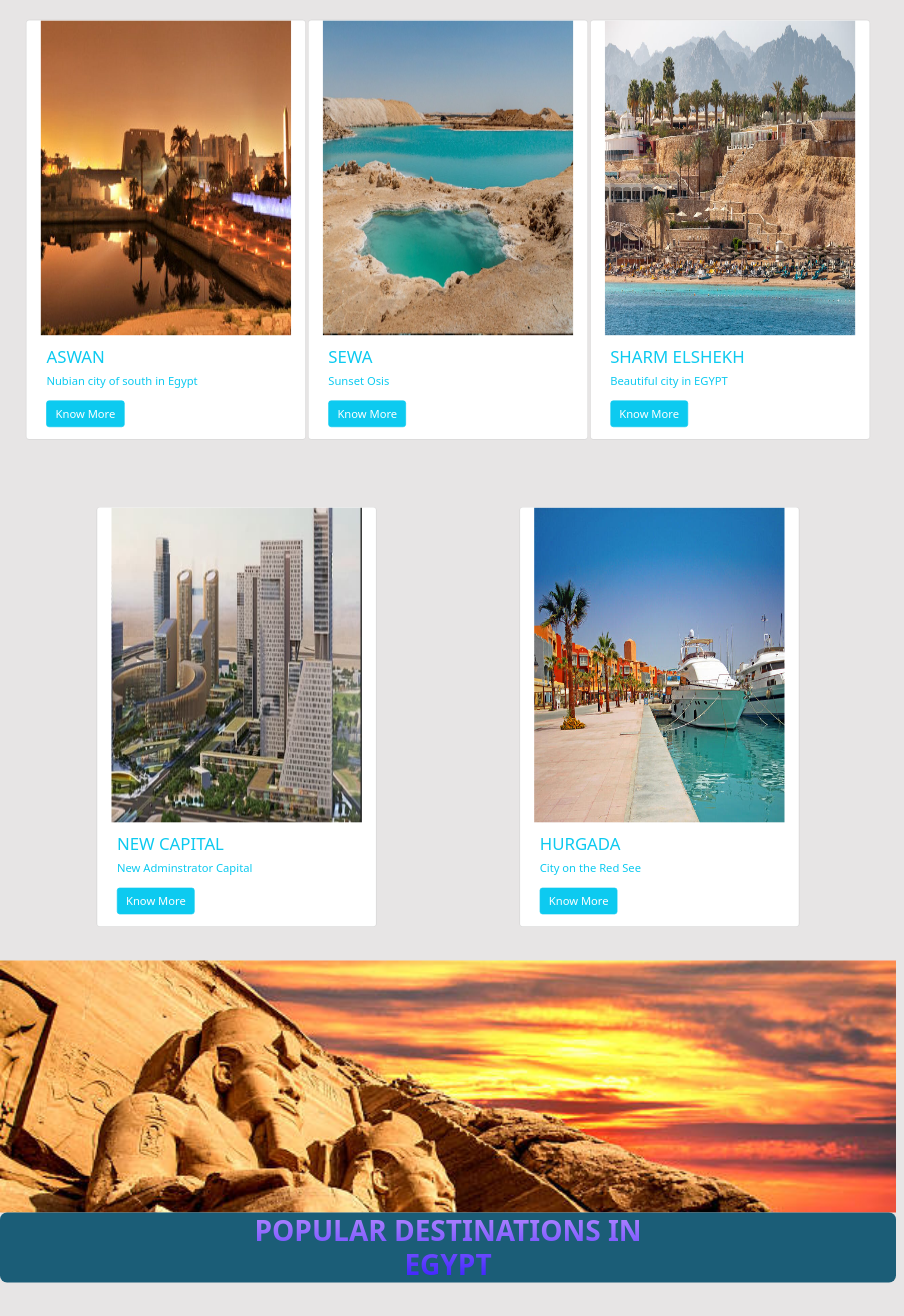
Repository: Ahmed123rezk123/P-temp
Page: index.html
These files come from the project's save history. The page is drawn as it stood at one moment and after a run of saves; the edit follows.
The browser window is 1280 px wide. The page is 1292 px wide, so the pictures cover 1292 px, including what lies to the right of the window. The pictures show the part of the page from y = 4313 to 6193 px (the page is 6193 px tall), at 70% of full size.
Backgrounds fixed to the window are drawn as part of the page.

Above is the page before, as saved 2024-02-18 11:52:41.

After the next 2 saves:
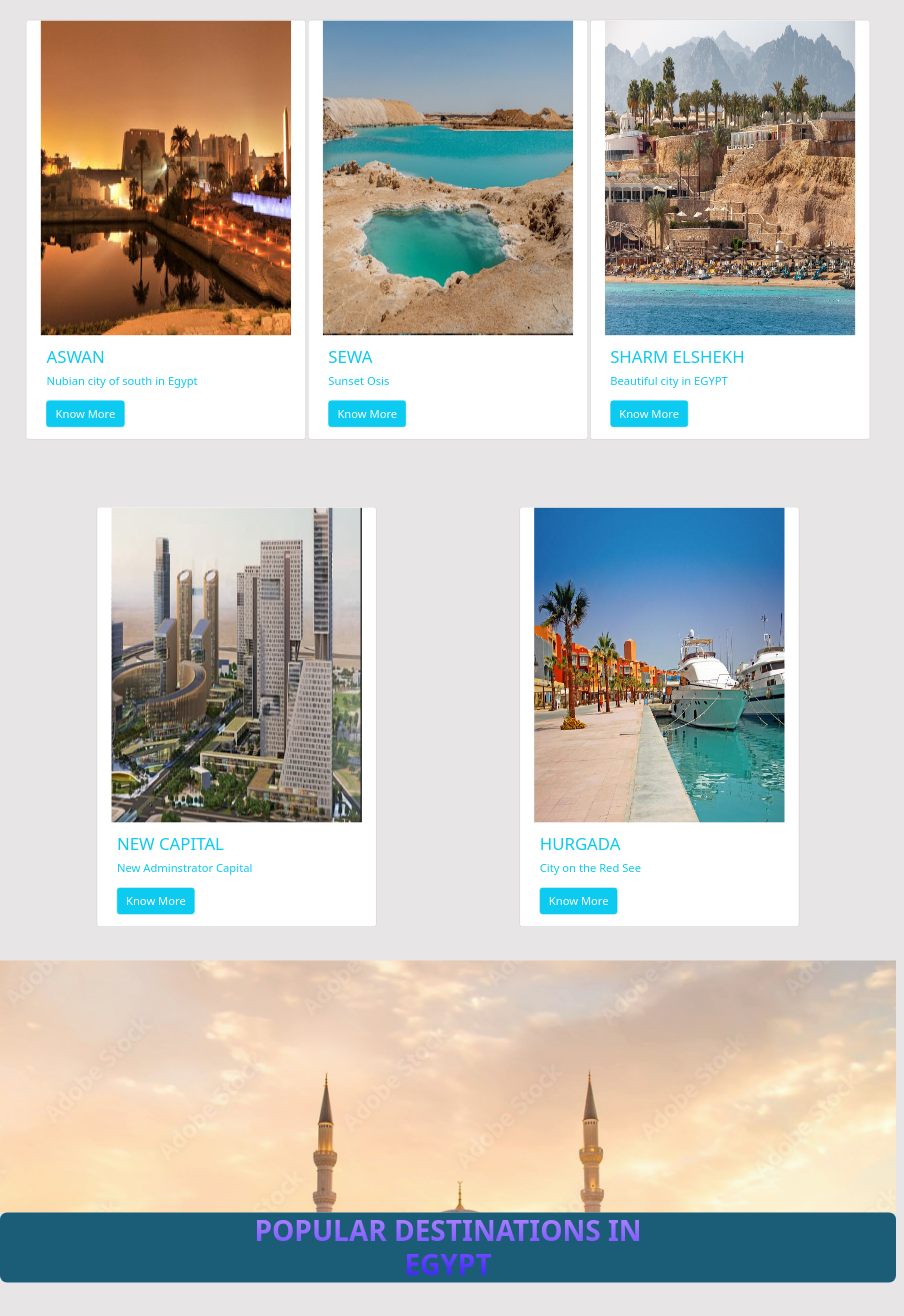
The 2 saves are shown as one change because they came seconds apart.
The last was saved 97 s later.
--- a/CSS/style.css
+++ b/CSS/style.css
@@ -307,7 +307,7 @@ background: -webkit-linear-gradient( #b387ff , rgb(57, 31, 255));
 .section14 {
   width: 100%;
   height: 50vh;
-  background-image: url(../images/simple.jpg);
+  background-image: url(../images/amazingveiw.jpg);
   position: relative;
   background-size: cover;
   background-attachment: fixed;
